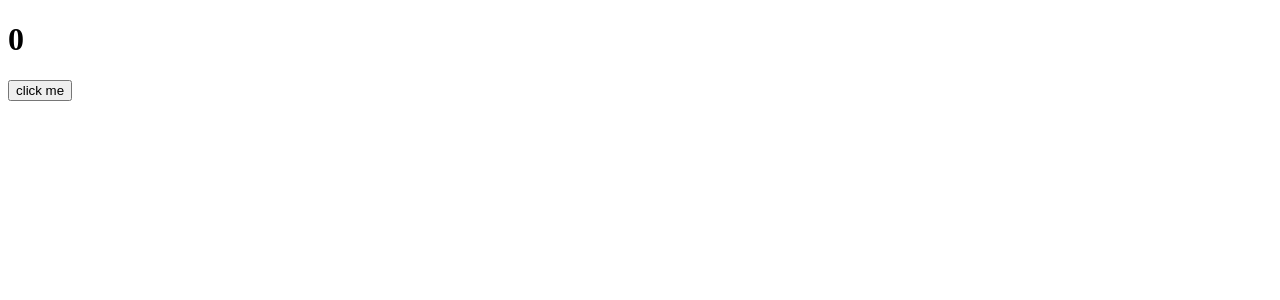
Repository: Leeminsu67/react-for-beginners
Page: /
The author's editor kept a copy of each file at every save. The page is drawn from the files as they stood at one save, then again after the next save.
The browser window is 1280 px wide. The pictures show the whole page.
The project was rebuilt for these pictures with package versions that can differ from the ones it lists, and the page was loaded fresh each time. Also part of the build but not shown: src/Button.module.css, src/Button.js, src/App.module.css.

Above is the page before, as saved 2024-08-02 15:59:54.

After the next save:
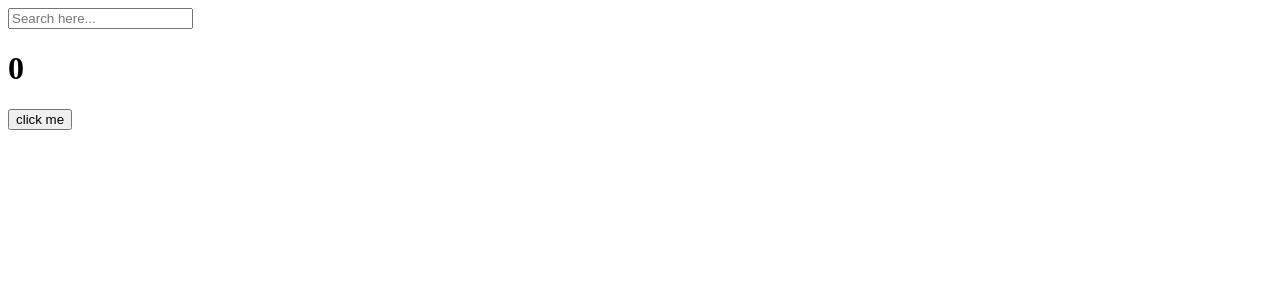
Saved 3 min 8 s later.
--- a/src/App.js
+++ b/src/App.js
@@ -16,6 +16,7 @@ function App() {
   }, []);
   return (
     <>
+      <input type="text" placeholder="Search here..." />
       {/* <h1 className={styles.title}>Welcome back!</h1> */}
       {/* <Button text={"Continue"} /> */}
       <h1>{counter}</h1>
